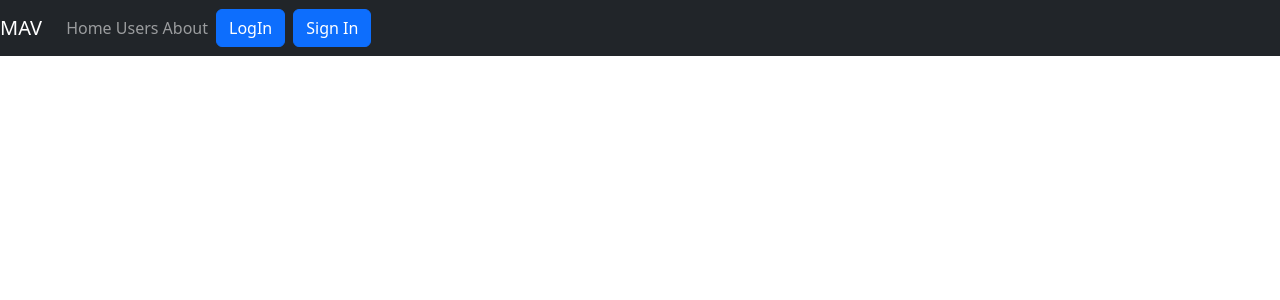
Repository: Dekabrist94/Bootstrap-First-Page
Page: /
The author's editor kept a copy of each file at every save. The page is drawn from the files as they stood at one save, then again after the next save.
The browser window is 1280 px wide. The pictures show the whole page.
The project was rebuilt for these pictures with package versions that can differ from the ones it lists, and the page was loaded fresh each time.

Above is the page before, as saved 2023-04-07 23:50:33.

### src/App.js
import React from 'react';
import { Navibar } from './components/Navibar';
import 'bootstrap/dist/css/bootstrap.min.css';

function App() {
  return <Navibar />;
}

export default App;

### src/components/Navibar.js
import React from 'react';
import { Nav, Navbar, Button, Link } from 'react-bootstrap';

export const Navibar = () => {
  return (
    <>
      <Navbar collapseOnSelect expand="lg" bg="dark" variant="dark">
        <Navbar.Brand>MAV</Navbar.Brand> {/*LOGO */}
        <Navbar.Toggle aria-controls="responsive-navbar-nav" /> {/* Svernut Menu */}
        <Navbar.Collapse id="responsive-navbar-nav">
          {/*Razvernut Menu */}
          <Nav className="mr-auto">
            <Nav.Link>Home Users About</Nav.Link>
          </Nav>
          <Nav>
            <Button variant="primary" className="ms--2 me-2">
              LogIn
            </Button>
            <Button variant="primary">Sign In</Button>
          </Nav>
        </Navbar.Collapse>
      </Navbar>
    </>
  );
};

Loaded but not shown: public/index.html (common file); src/index.js (common file); src/index.css (common file); src/reportWebVitals.js (common file)

After the next save:
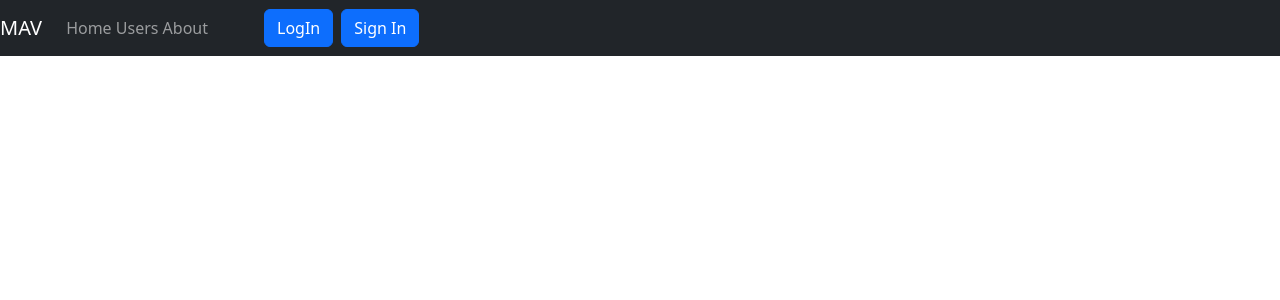
Saved 5 s later.
--- a/src/components/Navibar.js
+++ b/src/components/Navibar.js
@@ -13,7 +13,7 @@
             <Nav.Link>Home Users About</Nav.Link>
           </Nav>
           <Nav>
-            <Button variant="primary" className="ms--2 me-2">
+            <Button variant="primary" className="ms-5 me-2">
               LogIn
             </Button>
             <Button variant="primary">Sign In</Button>

After the 3 saves that followed:
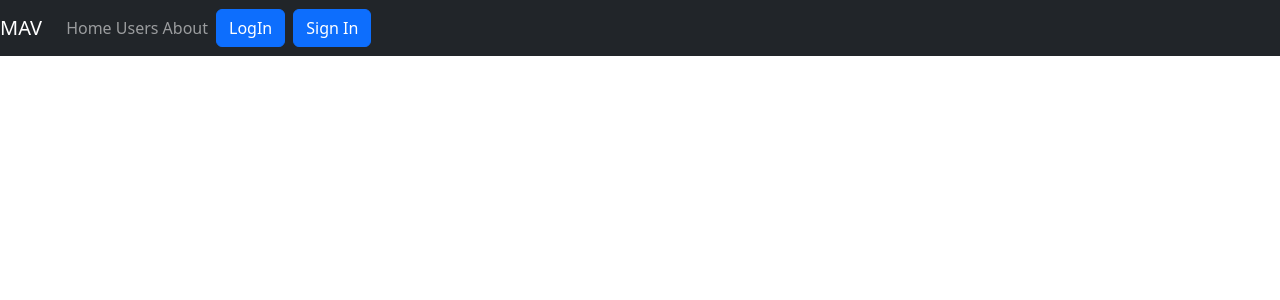
The 3 saves are shown as one change because they came seconds apart.
The last was saved 13 s later.
--- a/src/components/Navibar.js
+++ b/src/components/Navibar.js
@@ -13,7 +13,7 @@
             <Nav.Link>Home Users About</Nav.Link>
           </Nav>
           <Nav>
-            <Button variant="primary" className="ms-5 me-2">
+            <Button variant="primary" className="ms-20 me-2">
               LogIn
             </Button>
             <Button variant="primary">Sign In</Button>
